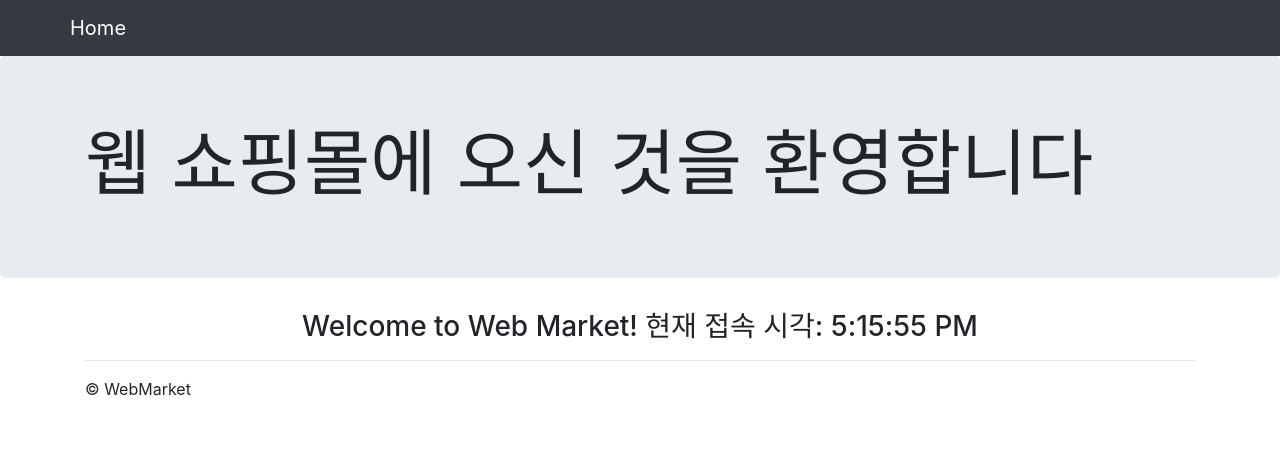
Repository: pojh5090/JspProgramming
Page: http://localhost/WebMarket/Welcome.jsp
The author's editor kept a copy of each file at every save. The page is drawn from the files as they stood at one save, then again after the next save.
The browser window is 1280 px wide. The pictures show the whole page.
The page is served by Tomcat 9.

Above is the page before, as saved 2020-03-16 07:11:19.

After the next save:
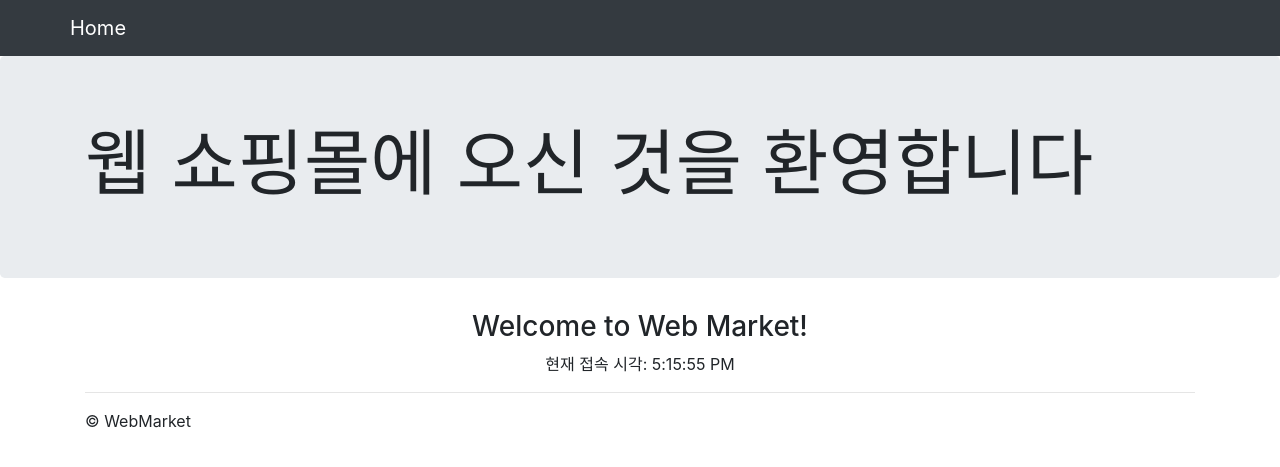
Saved 25 s later.
--- a/WebMarket/WebContent/Welcome.jsp
+++ b/WebMarket/WebContent/Welcome.jsp
@@ -32,6 +32,7 @@
 		<div class="text-center">
 			<h3>
 				<%= tagline %>
+			</h3>
 		<%
 			Date day = new java.util.Date();
 			String am_pm;
